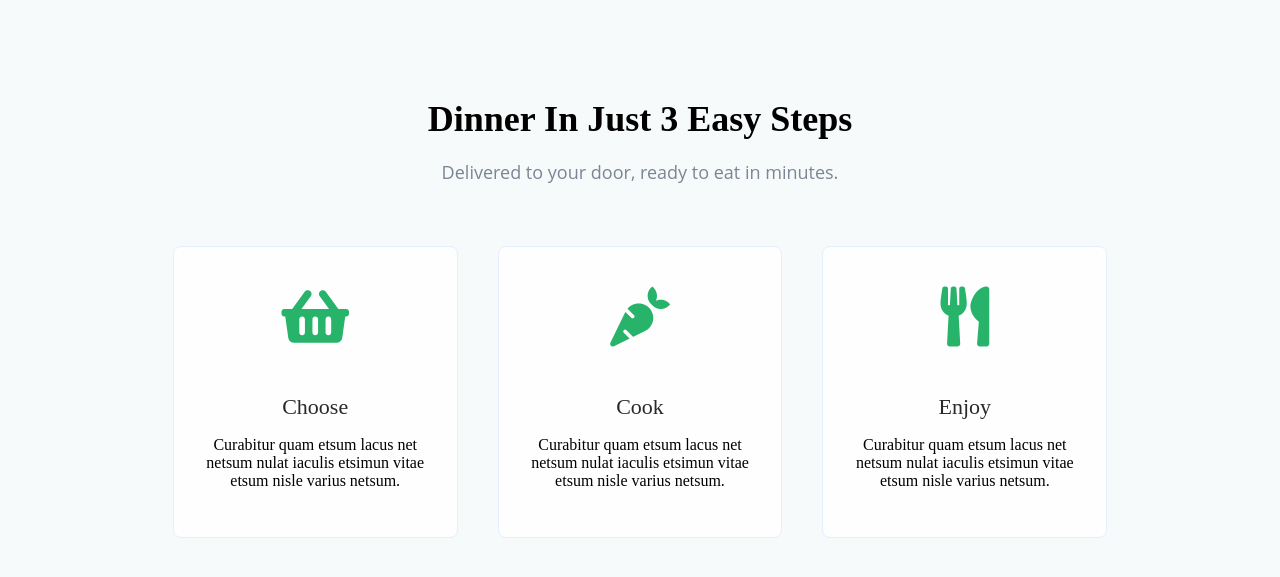
Repository: ST-United-Internship/leadpage
Page: card-UI.html
An editor plug-in stored every save of this project. The page is shown before and after the next save, followed by the edit.
The browser window is 1280 px wide. The pictures show the whole page.

Above is the page before, as saved 2023-03-16 08:51:57.

### card-UI.html
<!DOCTYPE html>
<html lang="en">
  <head>
    <meta charset="UTF-8" />
    <meta http-equiv="X-UA-Compatible" content="IE=edge" />
    <meta name="viewport" content="width=device-width, initial-scale=1.0" />
    <title>Document</title>
    <link rel="stylesheet" href="css/card-UI.css" />
    <link rel="stylesheet" href="css/common.css" />
    <link
      rel="stylesheet"
      href="https://use.fontawesome.com/releases/v5.15.4/css/all.css"
      integrity="sha384-DyZ88mC6Up2uqS4h/KRgHuoeGwBcD4Ng9SiP4dIRy0EXTlnuz47vAwmeGwVChigm"
      crossorigin="anonymous"
    />
  </head>
  <body>
    <!-- Dinner UI component -->
    <section class="card-section">
      <!--begin title-->
      <div class="about">
        <div class="row-title">
          <div class="title-text">
            <h2>Dinner In Just 3 Easy Steps</h2>
            <p>Delivered to your door, ready to eat in minutes.</p>
          </div>
        </div>
      </div>
      <!--begin card-->
      <div class="card-UI">
        <div class="about">
          <div class="columm">
            <div class="title-card">
              <i class="fas fa-shopping-basket"></i>
              <h3>Choose</h3>
              <p>
                Curabitur quam etsum lacus net netsum nulat iaculis etsimun
                vitae etsum nisle varius netsum.
              </p>
            </div>
            <div class="title-card">
              <i class="fas fa-carrot"></i>
              <h3>Cook</h3>
              <p>
                Curabitur quam etsum lacus net netsum nulat iaculis etsimun
                vitae etsum nisle varius netsum.
              </p>
            </div>
            <div class="title-card">
              <i class="fas fa-utensils"></i>
              <h3>Enjoy</h3>
              <p>
                Curabitur quam etsum lacus net netsum nulat iaculis etsimun
                vitae etsum nisle varius netsum.
              </p>
            </div>
          </div>
        </div>
      </div>
    </section>
    <!-- End dinner UI component -->
  </body>
</html>

### css/card-UI.css
body{
    background: #f7fafa;
}

section{
    background: #f7fafa;
    padding: 90px 0 100px 0;
}

.about{
    background-color: #f7fafa;
}

.row-title{
    text-align: center;
}
 .title-text{
    text-align: center;
}

.about .row-title .title-text h2{
    font-size: 36px;
    margin-bottom: 10px;
    margin-top: 0px;
}

.about .row-title .title-text p{
    font-size: 18px;
    line-height: 28px;
    font-weight: 400;
    color: #7c8595;
    margin-bottom: 15px;
    font-family: 'Open Sans', sans-serif;
}

.card-UI{
    position: relative;
}

.card-UI .about .columm{
    display: flex;
    justify-content: center;
}

.title-card{
    position: relative;
    margin: 45px 20px 5px 20px;
    padding: 40px 15px 32px 15px;
    overflow: hidden;
    text-align: center;
    border: 1px solid #e5efff;
    background-color: #fefefe;
    border-radius: 8px 8px;
    transition: all 1s;
    width: 20%;
    height: 50%;

}

.title-card:hover{
    border: 1px solid #27b36a;
    transform: scale(1.05, 1.05);
}

.columm::after, ::before{
    box-sizing: border-box;
}

.card-UI .about .columm .title-card i{
    margin-bottom: 25px;
    font-size: 60px;
    color: #27b36a;
}

.card-UI .about .columm .title-card h3{
    font-size: 22px;
    font-weight: 500;
    color: #292929;
    margin-bottom: 15px;
}

.card-UI .about .columm .title-card p{
    padding: 0 10px;
    margin-bottom: 15px
}

@media only screen and (max-width:800px){

}
@media only screen and (max-width:800px) {

    .about{
        width: auto;
        align-items: center;
        max-width: 100%;
    }
    .columm{
        /* width: auto; */
        flex-direction: column;
        justify-content: center;
        align-items: center;
        text-align: center;
        margin: 0px 0px 0px 0px;
        padding: 30px;
    }
    .title-card{
        width: auto;
    }

    .row-title{
        text-align: center;
    }
}

### css/common.css
.container {
  max-width: 80%;
  margin: auto;
  border: 1px solid blue;
}
.card {
  width: 400px;
}
.space-vertical {
  padding: 20px 0;
}

.space-horizontal {
  padding: 0 20px;
}

*,
**,
*::before,
*::after {
  box-sizing: border-box;
}

After the next save:
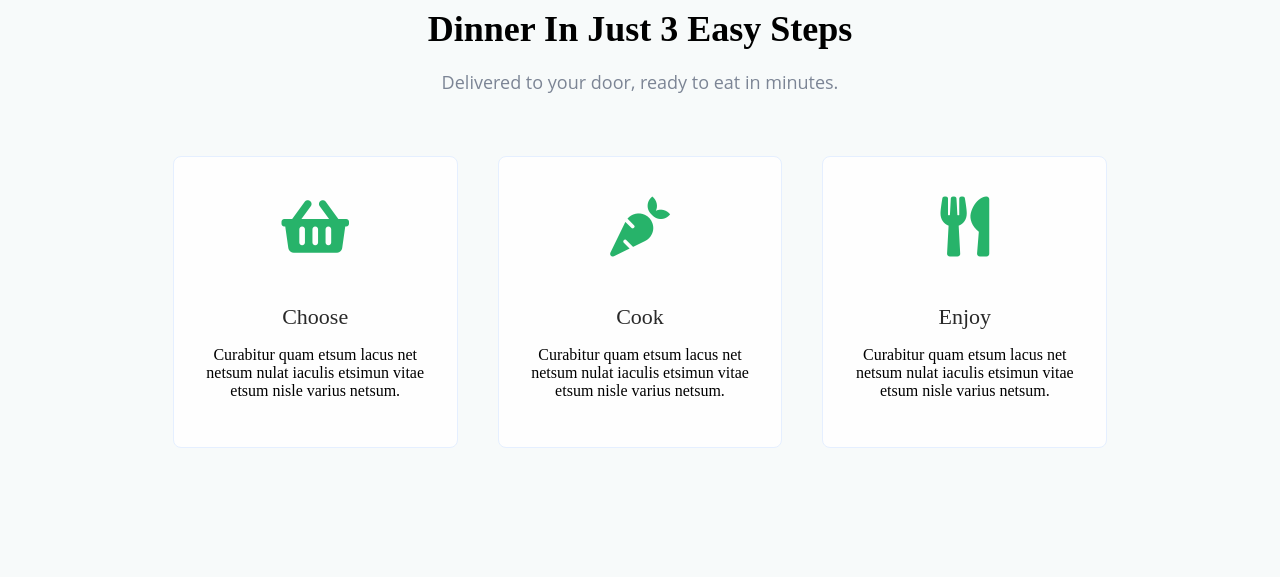
Saved 21 s later.
--- a/css/card-UI.css
+++ b/css/card-UI.css
@@ -2,7 +2,7 @@
     background: #f7fafa;
 }
 
-section{
+6666section{
     background: #f7fafa;
     padding: 90px 0 100px 0;
 }

After the 2 saves that followed:
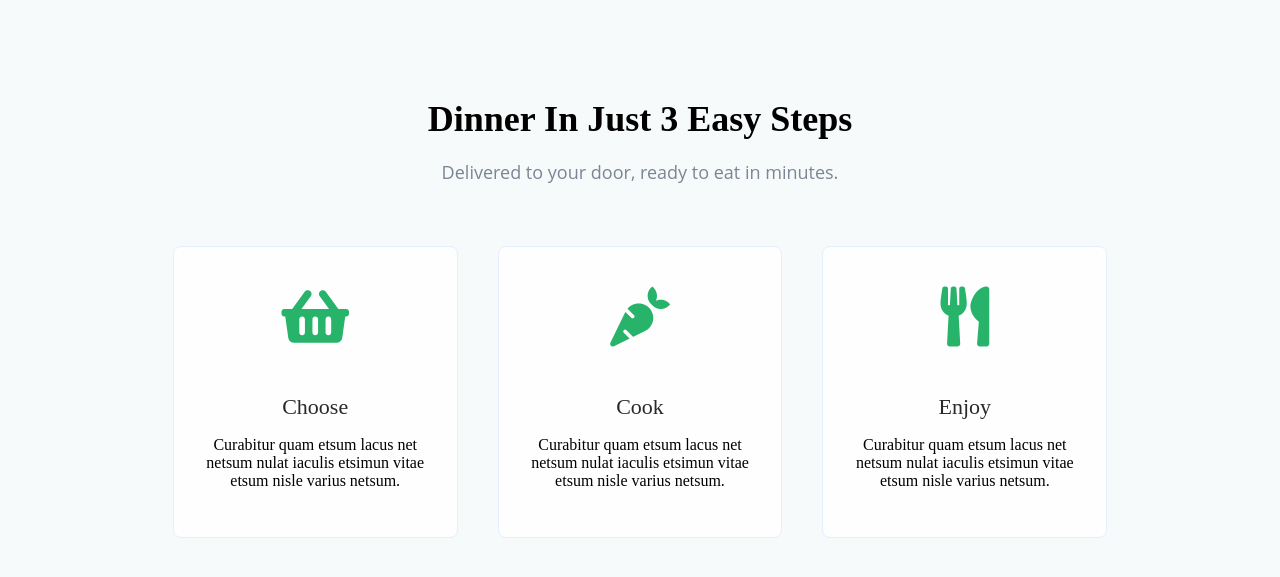
The 2 saves are shown as one change because 1 left the picture as it was.
The last was saved 11 s later.
--- a/css/card-UI.css
+++ b/css/card-UI.css
@@ -2,7 +2,7 @@
     background: #f7fafa;
 }
 
-6666section{
+.card-section{
     background: #f7fafa;
     padding: 90px 0 100px 0;
 }
